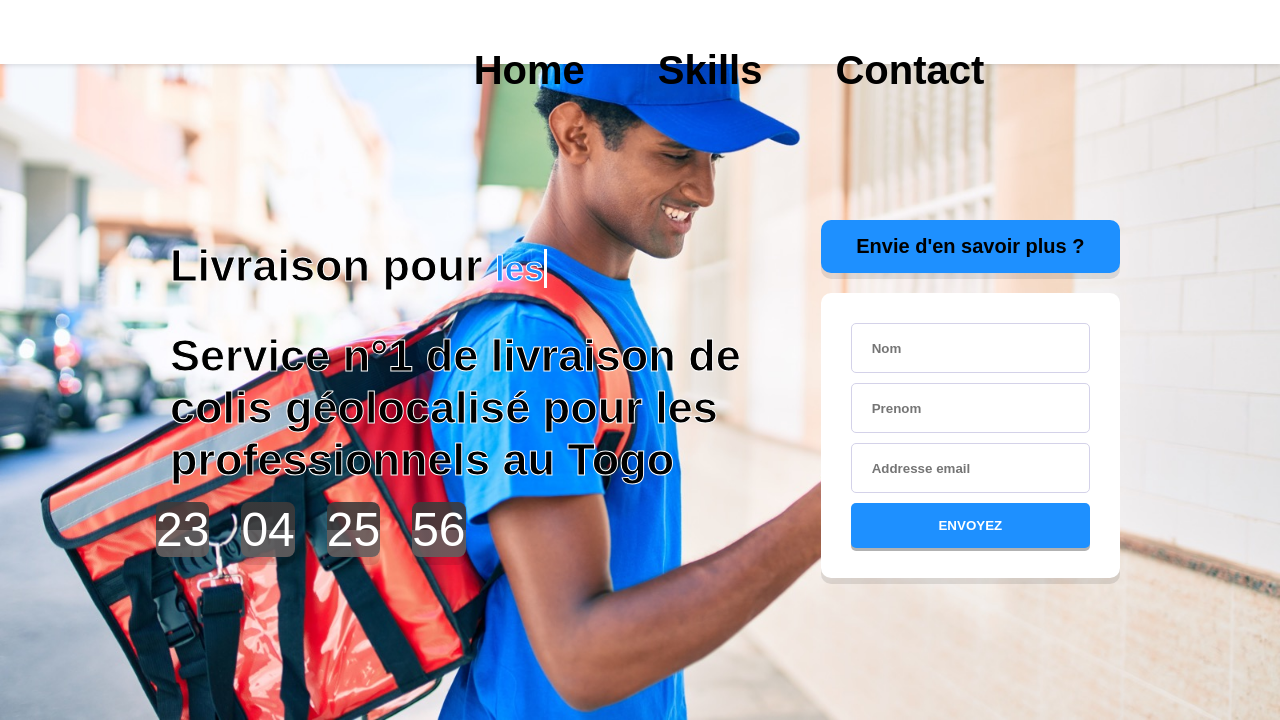
Repository: lawalalao/landpage
Page: index.html
The author's editor kept a copy of each file at every save. The page is drawn from the files as they stood at one save, then again after the next save.
The browser window is 1280 px wide. The pictures show the whole page.
Some web fonts or font styles are not loaded; a fallback is used.

Above is the page before, as saved 2021-01-14 18:51:47.
Console error: TypeError: Cannot read properties of null (reading 'addEventListener')

After the next save:
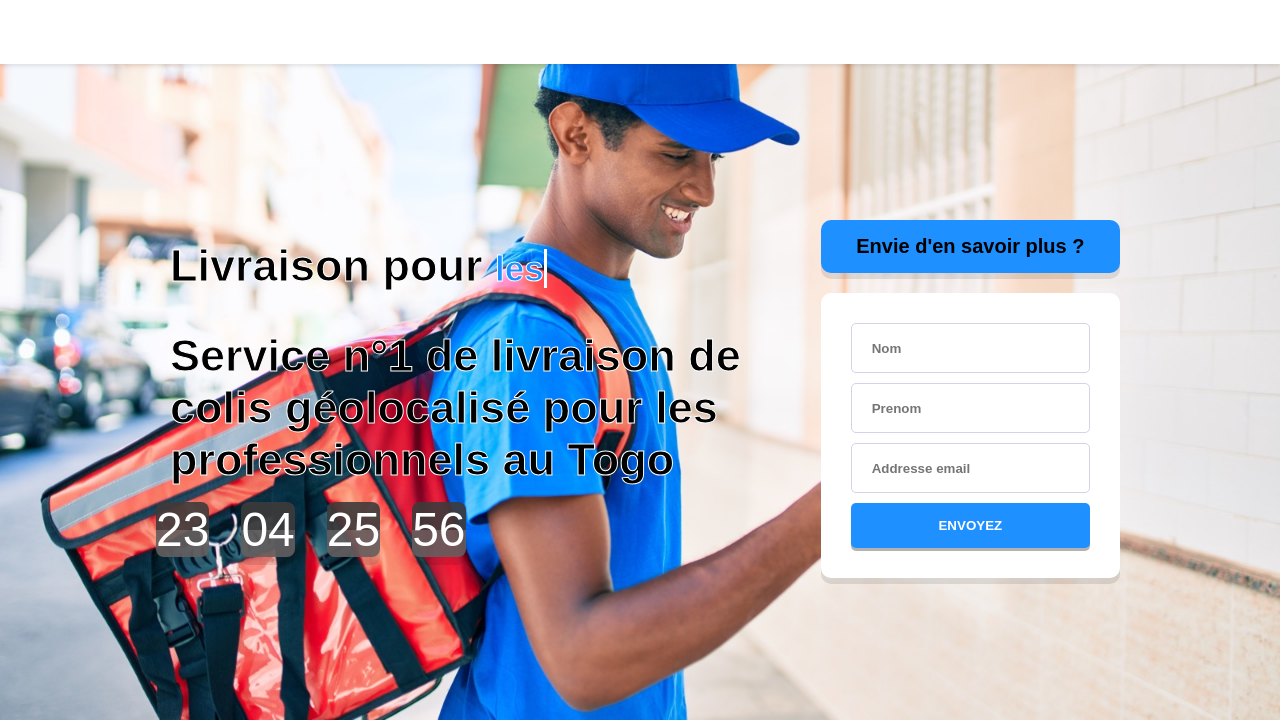
Saved 14 s later.
--- a/index.html
+++ b/index.html
@@ -29,16 +29,7 @@
                     </a>
 
                     <div class="nav__menu">
-                        <ul class="nav__list">
-                            <li class="nav__item"><a href="#" class="nav__link active">Home</a></li>
 
-
-
-                            <li class="nav__item"><a href="#" class="nav__link">Skills</a></li>
-
-
-
-                            <li class="nav__item"><a href="#" class="nav__link">Contact</a></li>
                         </ul>
                     </div>
                 </div>
